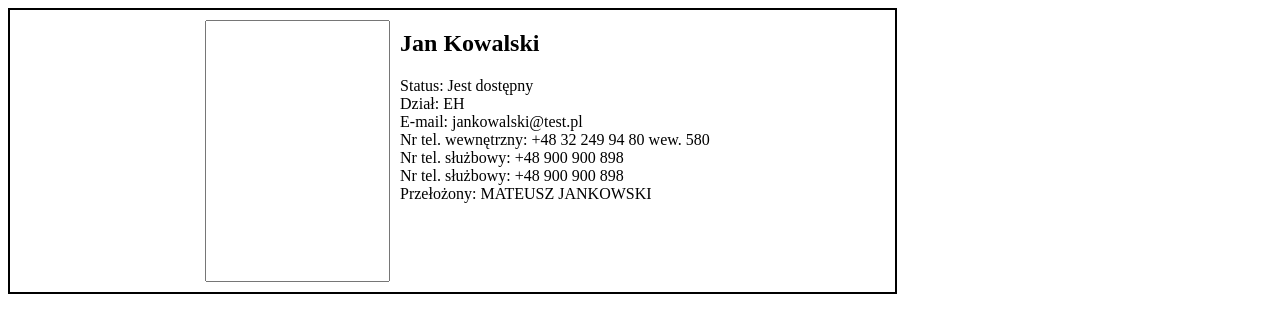
Repository: emdes515/EHpanel
Page: html/dashboardObecnosc.html
The author's editor kept a copy of each file at every save. The page is drawn from the files as they stood at one save, then again after the next save.
The browser window is 1280 px wide. The pictures show the whole page.

Above is the page before, as saved 2024-04-22 10:10:56.
Console error: ReferenceError: $ is not defined

### html/dashboardObecnosc.html
<style>
	.main {
		width: 70%;
		height: 40%;
		border: 2px solid black;
		display: flex;
		place-content: center;
	}

	input {
		margin: 10px;
	}
</style>

<div class="main">
	<input
		id="dashboardObecnoscInput"
		name="dashboardObecnoscInput" />
	<div>
		<div>
			<h2>Jan Kowalski</h2>
		</div>
		<div>
			<div><span>Status: </span> <span>Jest dostępny</span></div>
			<div><span>Dział: </span> <span>EH</span></div>
			<div><span>E-mail: </span> <span>jankowalski@test.pl</span></div>
			<div><span>Nr tel. wewnętrzny: </span> <span>+48 32 249 94 80 wew. 580</span></div>
			<div><span>Nr tel. służbowy: </span> <span>+48 900 900 898</span></div>
			<div><span>Nr tel. służbowy: </span> <span>+48 900 900 898</span></div>
			<div><span>Przełożony: </span> <span>MATEUSZ JANKOWSKI</span></div>
		</div>
	</div>
</div>

<script
	type="text/javascript"
	src="js/dashboardObecnosc.js"></script>

### js/dashboardObecnosc.js
$(document).ready(function () {
	const pracownicyNieobecnii_Zdalnie = $('#dashboardObecnoscInput').jqxInput({
		placeHolder: 'Enter a Country',
		height: '10%',
		width: '50%',
		minLength: 1,
	});

	const url = 'https://api.elgor.com.pl/login';
	const apikey =
		'f000983f7ccf9d50418948aeb3eef18484fb354824ca383c64823bd7db18c41b82b90434b9ab30e4f310701d749fa158569573b16a13cbd15fd0b853af04ed77';

	fetch(url, {
		method: 'GET',
		headers: {
			Accept: 'application/json',
			apikey: apikey,
		},
	})
		.then((response) => response.json())
		.then((data) => console.log(data));
});

After the next save:
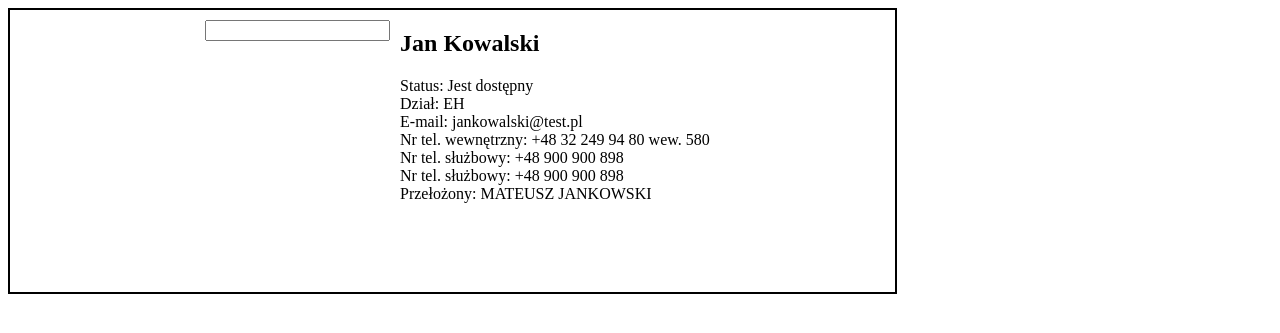
Saved 22 s later.
--- a/html/dashboardObecnosc.html
+++ b/html/dashboardObecnosc.html
@@ -13,9 +13,12 @@
 </style>
 
 <div class="main">
-	<input
-		id="dashboardObecnoscInput"
-		name="dashboardObecnoscInput" />
+	<div>
+		<input
+			id="dashboardObecnoscInput"
+			name="dashboardObecnoscInput" />
+	</div>
+
 	<div>
 		<div>
 			<h2>Jan Kowalski</h2>
